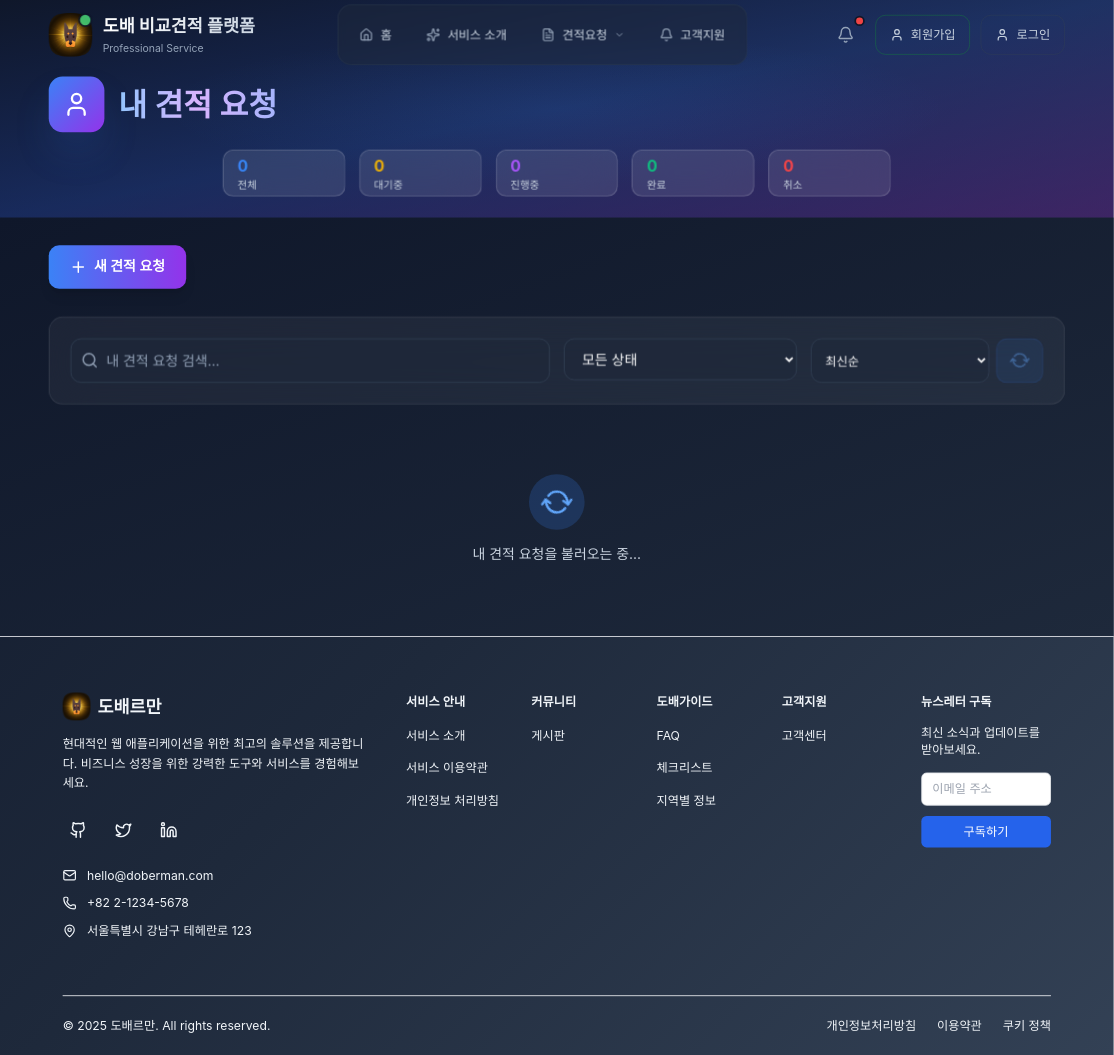
Repository: rambozzang/doberman_nextjs
Page: /quote-request/my-quotes
These files come from the project's save history. The page is drawn as it stood at one moment and after the next save; the edit follows.
The browser window is 1280 px wide. The pictures show the whole page, at 87% of full size.
The page's requests for data from a server got no answer. The project was rebuilt for these pictures with package versions that can differ from the ones it lists, and the page was loaded fresh each time. The framework's server and built-in components were replaced by stand-ins that run in the browser. No one was signed in, and anything a server would have sent is missing. Also part of the build but not shown: next.config.mjs, next.config.ts, src/components/AutoLogoutWarning.tsx, src/components/ForgotPasswordModal.tsx, src/components/LoginModal.tsx, src/components/RegisterModal.tsx.

Above is the page before, as saved 2025-06-25 14:41:30.

After the next save:
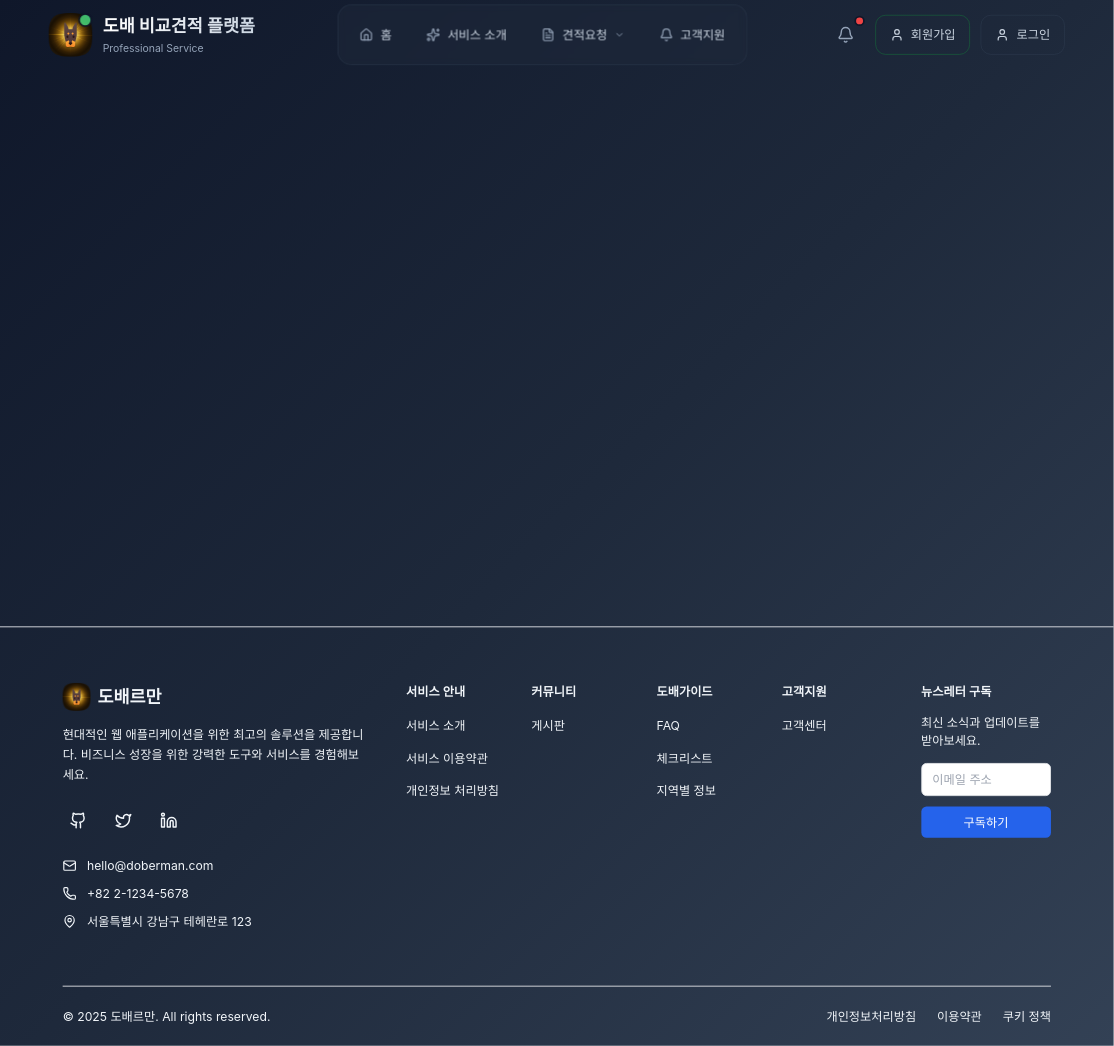
Saved 3 h 44 min later.
--- a/src/app/quote-request/my-quotes/page.tsx
+++ b/src/app/quote-request/my-quotes/page.tsx
@@ -1,6 +1,7 @@
 "use client";
 
 import { useState, useEffect } from "react";
+import { useRouter } from "next/navigation";
 import {
   UserIcon,
   SearchIcon,
@@ -86,12 +87,31 @@ export default function MyQuoteRequestsPage() {
   const [pageSize] = useState(10);
 
   // 인증 상태 확인
-  const { user, isLoggedIn } = useAuth();
+  const { user, isLoggedIn, isLoading: authLoading } = useAuth();
+  const router = useRouter();
+
+  // 로그인 체크 및 리다이렉트
+  useEffect(() => {
+    // 인증 로딩이 완료되고 로그인하지 않은 상태인 경우
+    if (!authLoading && !isLoggedIn) {
+      toast.error("로그인이 필요한 페이지입니다.", {
+        duration: 2000,
+      });
+
+      // 히스토리 백
+      if (window.history.length > 1) {
+        router.back();
+      } else {
+        // 히스토리가 없는 경우 홈으로 이동
+        router.push('/');
+      }
+      return;
+    }
+  }, [authLoading, isLoggedIn, router]);
 
   // 실제 API를 통한 데이터 로딩
   const loadData = async () => {
     if (!isLoggedIn || !user?.customerId) {
-      toast.error("로그인이 필요합니다.");
       setIsLoading(false);
       return;
     }
@@ -124,6 +144,23 @@ export default function MyQuoteRequestsPage() {
       loadData();
     }
   }, [isLoggedIn, user, currentPage, pageSize, statusFilter]);
+
+  // 로그인 상태가 확인되지 않은 경우 로딩 표시
+  if (authLoading) {
+    return (
+      <div className="min-h-screen bg-gradient-to-br from-slate-900 via-blue-900 to-slate-800 flex items-center justify-center">
+        <div className="flex items-center space-x-3">
+          <div className="w-8 h-8 border-4 border-blue-500/30 border-t-blue-500 rounded-full animate-spin"></div>
+          <span className="text-white text-lg">로딩 중...</span>
+        </div>
+      </div>
+    );
+  }
+
+  // 로그인하지 않은 경우 빈 컴포넌트 반환 (리다이렉트 처리됨)
+  if (!isLoggedIn) {
+    return null;
+  }
 
   // 필터링 및 검색
   useEffect(() => {
